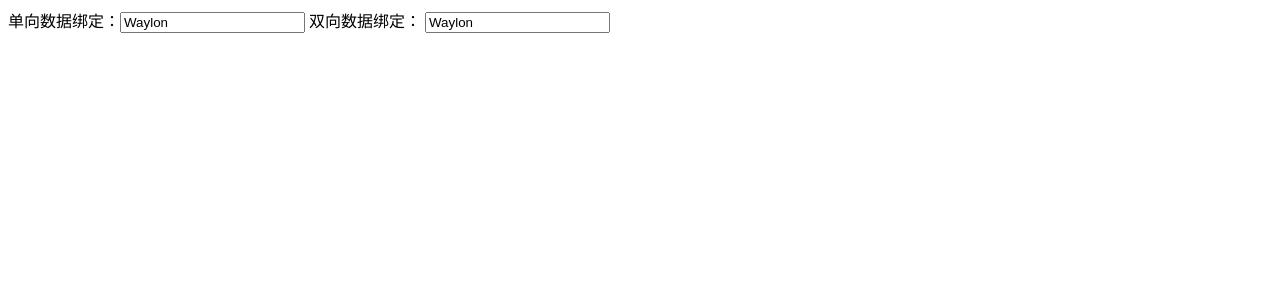
Repository: WAY-C/JSCodes
Page: Vue/03数据绑定/数据绑定.html
The author's editor kept a copy of each file at every save. The page is drawn from the files as they stood at one save, then again after the next save.
The browser window is 1280 px wide. The pictures show the whole page.

Above is the page before, as saved 2021-08-26 09:45:22.

After the next save:
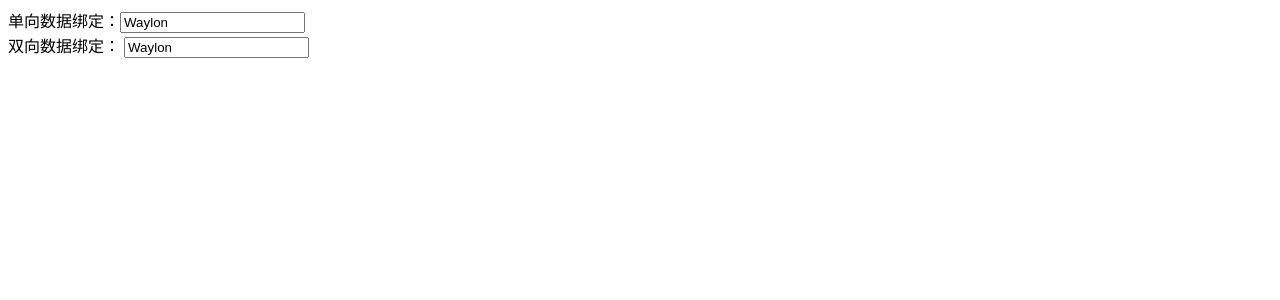
Saved 15 s later.
--- a/Vue/03数据绑定/数据绑定.html
+++ b/Vue/03数据绑定/数据绑定.html
@@ -12,7 +12,8 @@
 <body>
     <!-- 准备好一个容器 -->
     <div id="root">
-        单向数据绑定：<input type="text" :value="name"> 双向数据绑定：
+        单向数据绑定：<input type="text" :value="name">
+        <br/> 双向数据绑定：
         <input type="text" v-model:value="name">
     </div>
     <script type="text/javascript">

After the save that followed:
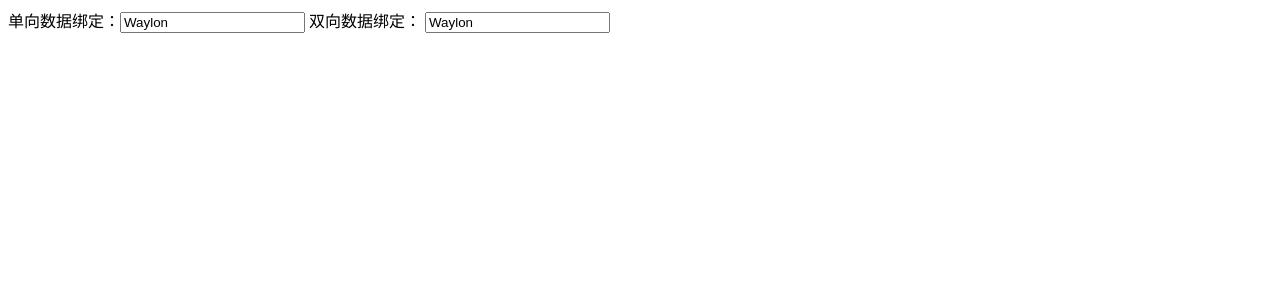
Saved 12 s later.
--- a/Vue/03数据绑定/数据绑定.html
+++ b/Vue/03数据绑定/数据绑定.html
@@ -12,8 +12,7 @@
 <body>
     <!-- 准备好一个容器 -->
     <div id="root">
-        单向数据绑定：<input type="text" :value="name">
-        <br/> 双向数据绑定：
+        单向数据绑定：<input type="text" :value="name"> 双向数据绑定：
         <input type="text" v-model:value="name">
     </div>
     <script type="text/javascript">
